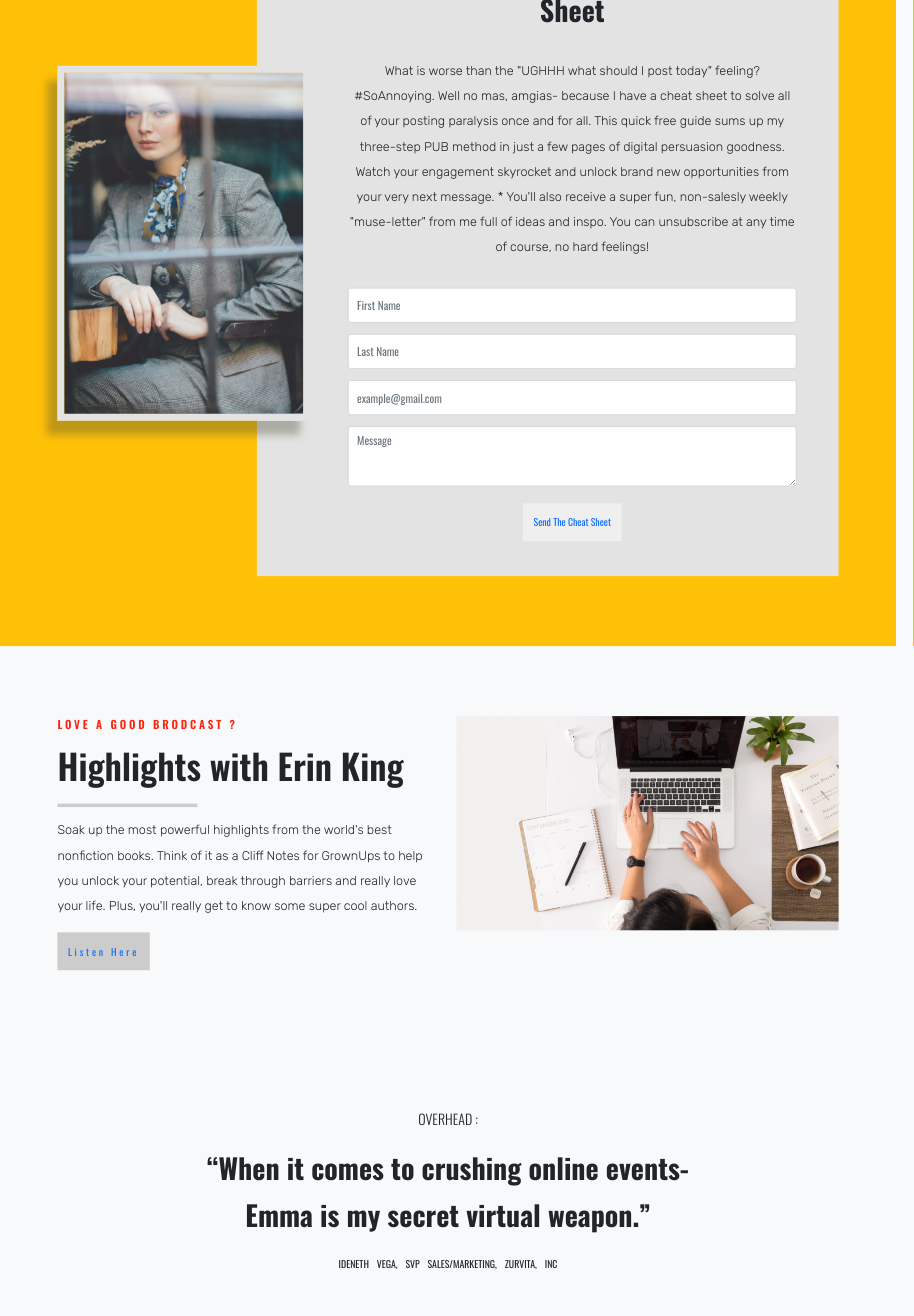
Repository: poroshrahman40/emma-watson-portfolio
Page: index.html
These files come from the project's save history. The page is drawn as it stood at one moment and after the next save; the edit follows.
The browser window is 1280 px wide. The page is 1305 px wide, so the pictures cover 1305 px, including what lies to the right of the window. The pictures show the part of the page from y = 4620 to 6500 px (the page is 6541 px tall before and 6536 px after), at 70% of full size.
Some web fonts or font styles are not loaded; a fallback is used.

Above is the page before, as saved 2021-12-08 02:11:29.

After the next save:
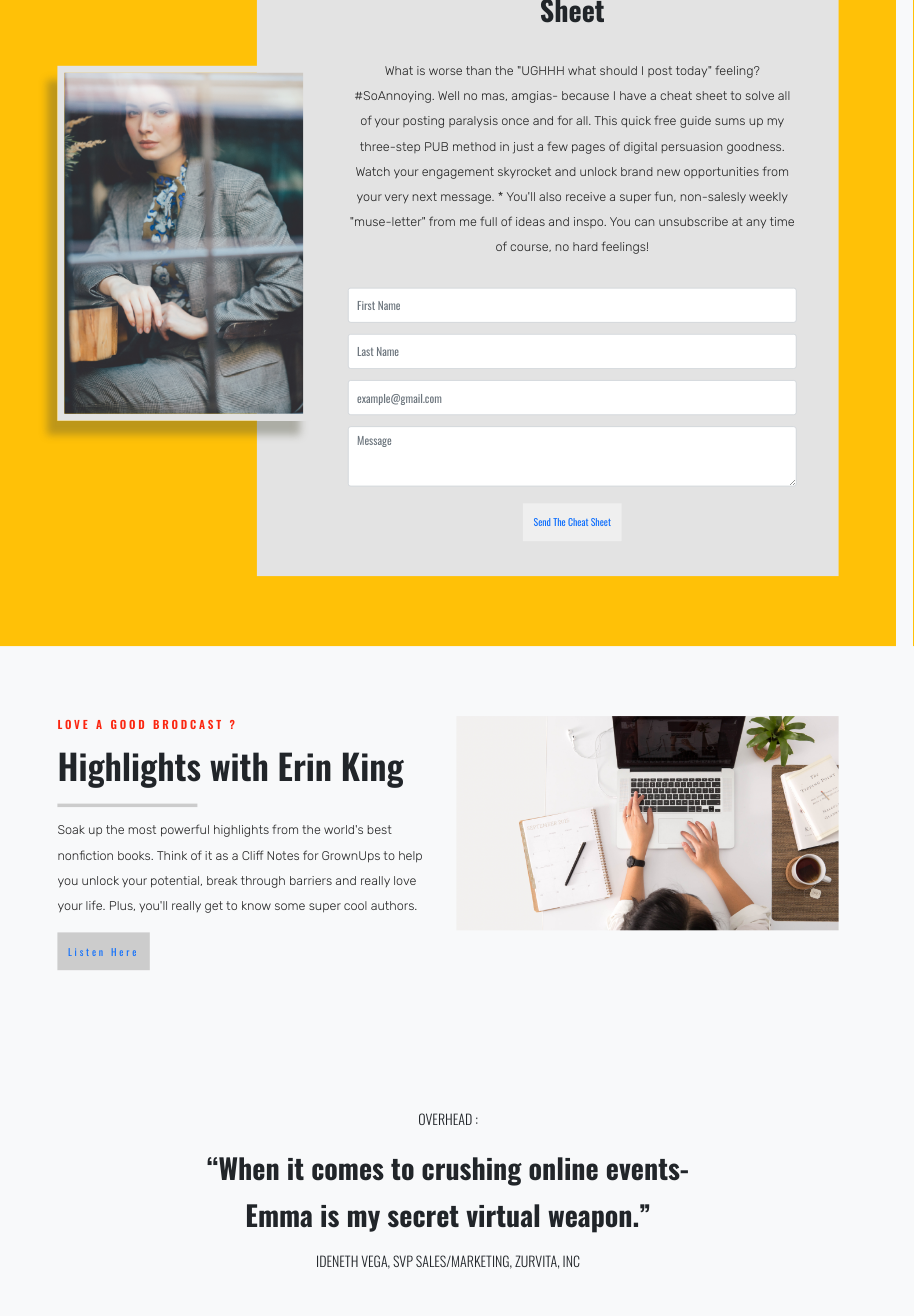
Saved 32 s later.
--- a/index.html
+++ b/index.html
@@ -322,7 +322,7 @@ Watch your engagement skyrocket and unlock brand new opportunities from your ver
                 <span>overhead :</span>
                 <h1>“When it comes to crushing online events-
                     Emma is my secret virtual weapon.”</h1>
-                <strong>IDENETH VEGA, SVP SALES/MARKETING, ZURVITA, INC</strong>
+                <span>IDENETH VEGA, SVP SALES/MARKETING, ZURVITA, INC</span>
             </div>
         </div>
     </div>
